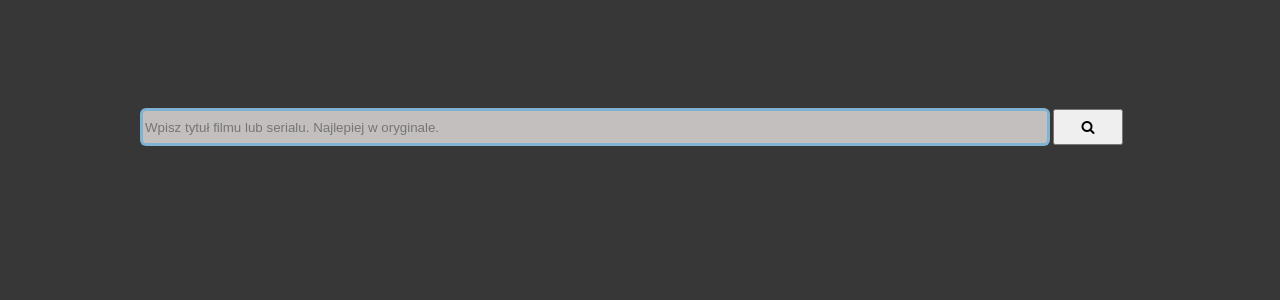
Repository: kq333/wyszukiarka-filmowa
Page: index.html
These files come from the project's save history. The page is drawn as it stood at one moment and after the next save; the edit follows.
The browser window is 1280 px wide. The pictures show the whole page.
The style sheet was rebuilt from its Sass, Less or Tailwind sources for each picture, by a compiler version that may differ from the author's.

Above is the page before, as saved 2021-01-21 00:06:52.

### index.html
<!DOCTYPE html>
<!--[if lt IE 7]>      <html class="no-js lt-ie9 lt-ie8 lt-ie7"> <![endif]-->
<!--[if IE 7]>         <html class="no-js lt-ie9 lt-ie8"> <![endif]-->
<!--[if IE 8]>         <html class="no-js lt-ie9"> <![endif]-->
<!--[if gt IE 8]>      <html class="no-js"> <!--<![endif]-->
<html>
    <head>
        <meta charset="utf-8">
        <meta http-equiv="X-UA-Compatible" content="IE=edge">
        <title></title>
        <meta name="description" content="">
        <meta name="viewport" content="width=device-width, initial-scale=1">
        <link rel="stylesheet" href="style/style.css">
        <link rel="preconnect" href="https://fonts.gstatic.com">
        <link href="https://fonts.googleapis.com/css2?family=Lato:wght@100;400&display=swap" rel="stylesheet">
        <link rel="stylesheet" href="https://cdnjs.cloudflare.com/ajax/libs/font-awesome/4.7.0/css/font-awesome.min.css">
    </head>


    <body>
        <!--[if lt IE 7]>
            <p class="browsehappy">You are using an <strong>outdated</strong> browser. Please <a href="#">upgrade your browser</a> to improve your experience.</p>
        <![endif]-->

        <main>
            <div id="container">
                    <div class="searchBar">
                        <input id="search" type="text" required="required" placeholder="Wpisz tytuł filmu lub serialu. Najlepiej w oryginale." onfocus="this.value=''" >
                        <button  id="btn"></button>
                    </div>

                        <div class="movieTitle"></div>

                            <div class="mainContent">
                                <div class="leftSide">
                                    <div class="poster"></div>
                                </div>

                                    <div class="rightSide">
                                        <div class="director">
                                            <span class="NameD"></span>
                                            <span class="DirectorName"></span>
                                        </div>
                                            <div class="Actors">
                                                <span class="NameA"></span>
                                                <span class="ActorsName"></span>
                                            </div>
                                                <div class="Country">
                                                    <span class="NameC"></span>
                                                    <span class="CountryName"></span>
                                                </div>
                                                    <div class="Year">
                                                        <span class="NameY"></span>
                                                        <span class="YearName"></span>
                                                    </div>
                                                        <div class="Genre">
                                                            <span class="NameG"></span>
                                                            <span class="GenreName"></span>
                                                        </div>
                                                            <div class="Plot">
                                                                <span class="NameP"></span>
                                                                <span class="PlotName"></span>
                                                            </div>
                                                                <div class="Rating">
                                                                    <span class="NameR"></span>
                                                                    <span class="RatingName"></span>
                                                                </div>
                                    </div>
                            </div>
            </div>

            <footer>
                <div class="description"></div>
            </footer>
        </main>

        <script src="script.js" async>

        </script>
    </body>
</html>

### script.js
const btn = document.getElementById("btn");

btn.addEventListener('click', ()=>{

    let search = document.getElementById("search").value;


    function validateForm() {
        const x = document.getElementById("search").value;
        if (x == "") {








 document.querySelector(".poster").innerHTML ="";


 const url =   'http://www.omdbapi.com/?apikey=7bd5b2c8&t=';

  const result  = url + search;
  fetch(result)

  .then((res)=>{
      return res.json();
  })

  .then((data)=>{
     document.querySelector(".movieTitle").innerHTML = data.Title;
     document.querySelector(".NameD").innerHTML = "Reżyseria:";
     document.querySelector(".DirectorName").innerHTML = data.Director;
     document.querySelector(".NameA").innerHTML = "Występują:";
     document.querySelector(".ActorsName").innerHTML = data.Actors;
     document.querySelector(".NameC").innerHTML = "Kraj:";
     document.querySelector(".CountryName").innerHTML = data.Country;
     document.querySelector(".NameY").innerHTML = "Rok:";
     document.querySelector(".YearName").innerHTML = data.Released;
     document.querySelector(".NameG").innerHTML = "Gatunek:";
     document.querySelector(".GenreName").innerHTML = data.Genre;
     document.querySelector(".NameP").innerHTML = "Opis:";
     document.querySelector(".PlotName").innerHTML = data.Plot;
     document.querySelector(".NameR").innerHTML = "Ocena Imdb:";
     document.querySelector(".RatingName").innerHTML = data.imdbRating;




    let poster = data.Poster;

      createImage = () =>{
          const elem = document.createElement("img")
          document.querySelector(".poster").appendChild(elem);
          elem.src = poster;
      }
      createImage();
  })

 .catch((error)=>{
     alert(error)
 });


 return false;
}
}

validateForm()


});

### style/style.scss
body{
    background-color: rgba(7, 6, 6, 0.8);
    font-family: 'Lato', sans-serif;
}

@mixin NameProperty{
    text-transform: uppercase;
    font-size: 20px;
    font-weight: bold;
    letter-spacing: 2px;
    color:rgba(143, 140, 140, 0.329);


}

@mixin rightSideProperty{
    text-transform: uppercase;
    font-size: 20px;
    color: rgba(143, 136, 136, 0.726);

}

@mixin description{
    height: auto;
    width: auto;
    margin-bottom: 10px;

}


#container{
    width:1000px;
    height: auto;
    margin:auto;
    display:grid;
    grid-template-columns: auto;
    grid-template-areas:"searchBar"
                        "movieTitle"

                        ;





.searchBar{
    grid-area:searchBar;
    margin:auto;
    margin-top:100px;
    width:1000px;



    #search{
        width: 90%;
        height: 30px;
        border-radius: 6px;
        border:3px solid rgba(84, 172, 223, 0.6);
        background-color: rgba(207, 202, 202, 0.932);

        &::before{
            font: normal normal normal FontAwesome;
            content: '\f002';
            display:block;

        }




    }

    #btn{
        width: 70px;
        height: 36px;
        cursor: pointer;

        &::before{
            font: normal normal normal 14px/1 FontAwesome;
            content: '\f002';
            display:block;
        }





    }


}

.movieTitle{
    grid-area: movieTitle;
    margin:auto;
    margin-top:50px;
    margin-bottom: 50px;
    font-size: 60px;
    letter-spacing: 6px;
    text-transform: uppercase;
    color:rgba(107, 105, 105, 0.747);

}


.mainContent{
    width:1000px;
    margin:auto;
    display:grid;
    gap:10px;
    grid-template-columns: 40% 60%;
    grid-template-areas:"leftSide rightSide" ;


    .leftSide{
        grid-area:leftSide;

        .poster{
            width:auto;
            margin-left: 20px;

            img{
                width:auto;
                height:50vh;
            }

        }

    }


    .rightSide{

        grid-area:rightSide;
        margin:auto;



        .director{
            @include description;


            .NameD{

                @include NameProperty;

            }

            .DirectorName{
                @include rightSideProperty;


            }
        }

        .Actors{
            @include description;


            .NameA{

                @include NameProperty;

            }

            .ActorsName{
                @include rightSideProperty;


            }
        }

        .Country{
            @include description;

            .NameC{

                @include NameProperty;

            }

            .CountryName{
                @include rightSideProperty;


            }
        }

        .Year{
            @include description;

            .NameY{

                @include NameProperty;

            }

            .YearName{
                @include rightSideProperty;


            }
        }

        .Genre{
            @include description;

            .NameG{

                @include NameProperty;

            }

            .GenreName{
                @include rightSideProperty;


            }
        }

        .Plot{
            @include description;

            .NameP{

                @include NameProperty;

            }

            .PlotName{
                @include rightSideProperty;


            }
        }

        .Rating{
            @include description;

            .NameR{

                @include NameProperty;

            }

            .RatingName{
                @include rightSideProperty;


            }
        }
    }
}
};

After the next save:
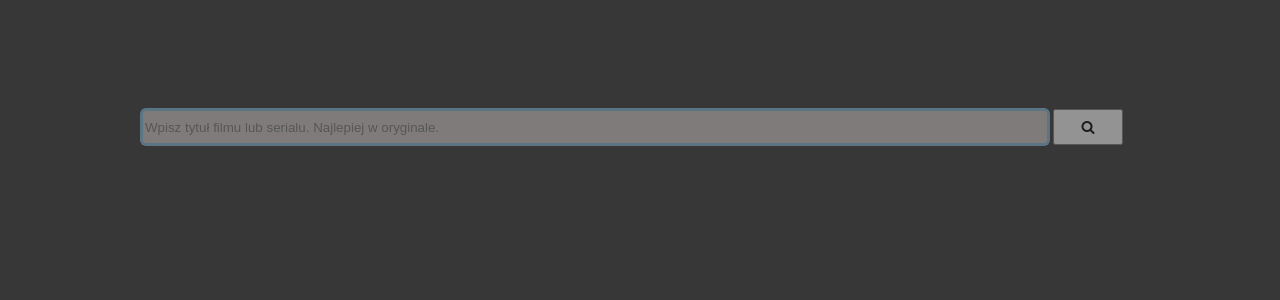
Saved 54 s later.
--- a/style/style.scss
+++ b/style/style.scss
@@ -58,12 +58,8 @@ body{
         border:3px solid rgba(84, 172, 223, 0.6);
         background-color: rgba(207, 202, 202, 0.932);
 
-        &::before{
-            font: normal normal normal FontAwesome;
-            content: '\f002';
-            display:block;
-
-        }
+        opacity: 0.5;
+        pointer-events: none;
 
 
 
@@ -74,6 +70,8 @@ body{
         width: 70px;
         height: 36px;
         cursor: pointer;
+        opacity: 0.5;
+        pointer-events: none;
 
         &::before{
             font: normal normal normal 14px/1 FontAwesome;
